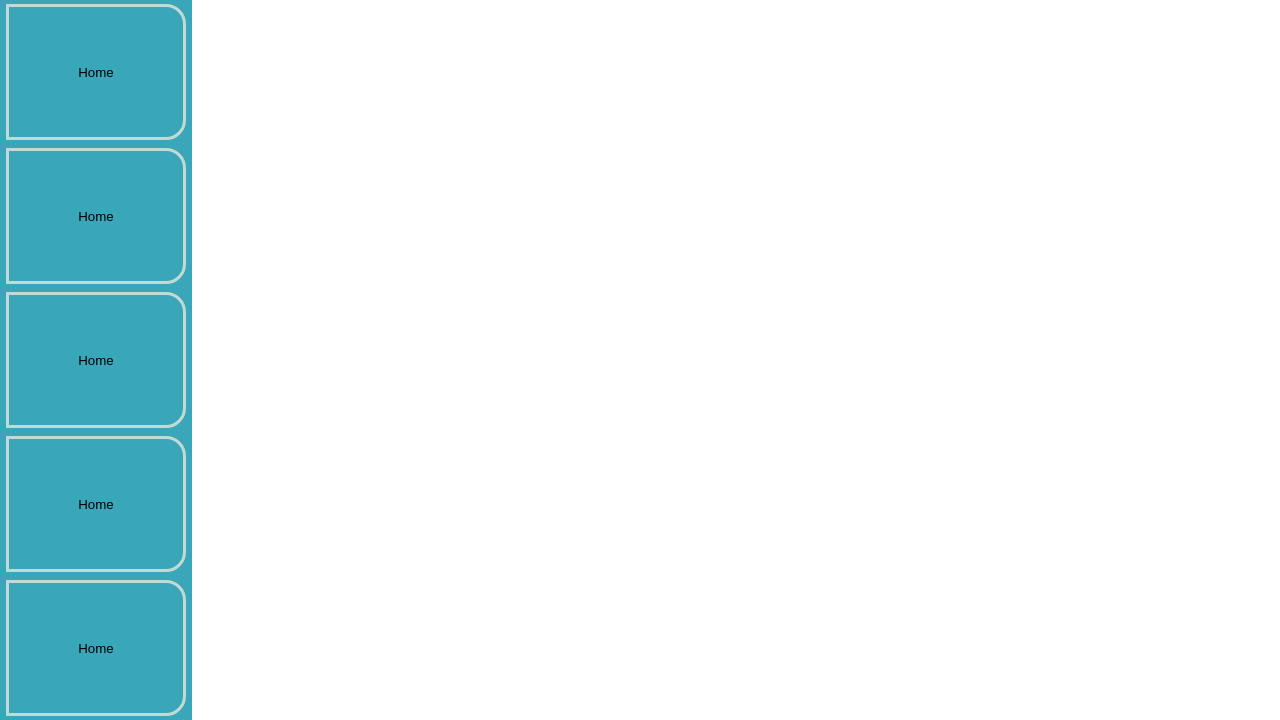
Repository: Tahaa2t/Researchers
Page: /
These files come from the project's save history. The page is drawn as it stood at one moment and after the next save; the edit follows.
The browser window is 1280 px wide. The pictures show the whole page.
The project was rebuilt for these pictures with package versions that can differ from the ones it lists, and the page was loaded fresh each time. Also part of the build but not shown: src/Components/loginform.js, src/Components/HomePage.js.

Above is the page before, as saved 2023-07-05 22:24:27.

### src/App.js
import { BrowserRouter, Routes, Route } from "react-router-dom";
import "./App.css"
import LoginForm from "./Components/loginform"
import HomePage from "./Components/HomePage";
import Navbar from "./Components/Navbar";

// color pallet
// #3aa6b9
// #D0E8E1
// #348472


function App() {



  return (
    <div className="App">

      {/* <LoginForm /> */}
      <Navbar />
      {/* <BrowserRouter>
        <Routes>
          <Route path="/" Component={<LoginForm />} />
          <Route path="/home" Component={<HomePage />} />
        </Routes>
      </BrowserRouter> */}
    </div>
  );
}

export default App;

### src/Components/Navbar.js
import React, { useState } from "react";
import { useNavigate } from 'react-router-dom';
import axios from 'axios';
import "./css/navbarstyle.scss";

const Navbar = () => {
  return (
    <div className="navbar-boundry">
      <nav className="nav-setting">
        <button className="btn home-btn" href="/#">
          Home
        </button>
        <button className="btn home-btn" href="/#">
          Home
        </button>
        <button className="btn home-btn" href="/#">
          Home
        </button>
        <button className="btn home-btn" href="/#">
          Home
        </button>
        <button className="btn home-btn" href="/#">
          Home
        </button>


      </nav>





    </div>
  )
}

export default Navbar

### src/Components/css/loginstyle.css
@import url('https://fonts.googleapis.com/css?family=Josefin+Sans');


/* notes

---centering something---
display: flex;
  justify-content: center;
  align-items: center;



--- neechay ya uper se qareeb krna ho tou---
.check-btn {
  position: relative;
  bottom: 3em;
}
*/


* {
  margin: 0;
  box-sizing: border-box;
}

.page {
  background-color: #3aa6b9;
  height: 100vh;
  width: 100%;
  display: flex;
  justify-content: space-around;
  align-items: center;
  font-family: 'Josefin Sans', cursive;
}

.cover {
  background-image: linear-gradient(#D0E8E1, rgba(178, 209, 233, 0));
  width: 50%;
  min-width: 240px;
  max-width: 800px;
  height: 620px;
  position: fixed;
  border-radius: 0.5em;
  display: flex;
  flex: 1 1 200;
  flex-direction: column;
  align-items: center;
  justify-content: space-evenly;
  flex-wrap: wrap;
}

h1 {
  color: rgb(3, 45, 77);
  display: flex;
  flex-wrap: wrap;
}

.user-input {

  display: flex;
  /* flex-direction: column; */
  justify-content: space-evenly;
  width: 80%;
  height: 10%;
  flex-wrap: wrap;
  /* background-color: green; */
}
input[type=text]{
  background-color: rgba(0,0,0,0);
  border-color: #348472;
  border-radius: 8px 8px 8px 8px;
  border-width: 10%;
  border-style: solid;
  display: flex;
  justify-content: space-evenly;
  margin: 8px;
  /* outline-color: rgb(6, 106, 183); */
  height: 44px;
  width: 240px;
  /* bottom: -1.5em; */
}


input[type=password]{
  background-color: rgba(0,0,0,0);
  border-color: #348472;
  border-radius: 8px 8px 8px 8px;
  border-width: 10%;
  border-style: solid;
  display: flex;
  justify-content: space-evenly;
  margin: 8px;
  /* outline-color: rgb(6, 106, 183); */
  height: 44px;
  width: 240px;
  /* position: relative;
  top: -1.5em; */
}

input:focus {
  background-color: #348472;
  opacity: 50%;
}

.line{
  text-decoration: underline;
  color: black;
}

.login-btn {
  appearance: none;
  background-color: rgba(0,0,0,0);
  border-width: 0;
  box-sizing: border-box;
  color: black;
  cursor: pointer;
  display: inline-block;
  font-family: Clarkson,Helvetica,sans-serif;
  font-size: 14px;
  font-weight: 500;
  letter-spacing: 0;
  line-height: 1em;
  margin: 0;
  opacity: 1;
  outline: 0;
  padding: 1.5em 2.2em;
  position: relative;
  text-align: center;
  text-decoration: none;
  text-rendering: geometricprecision;
  text-transform: uppercase;
  transition: opacity 300ms cubic-bezier(.694, 0, 0.335, 1),background-color 100ms cubic-bezier(.694, 0, 0.335, 1),color 100ms cubic-bezier(.694, 0, 0.335, 1);
  user-select: none;
  -webkit-user-select: none;
  touch-action: manipulation;
  vertical-align: baseline;
  white-space: nowrap;
  display: flex;
  justify-content: center;
  align-items: center;
}

.login-btn:before {
  animation: opacityFallbackOut .5s step-end forwards;
  backface-visibility: hidden;
  background-color: #348472;
  opacity: 50%;
  clip-path: polygon(-1% 0, 0 0, -25% 100%, -1% 100%);
  content: "";
  height: 100%;
  left: 0;
  position: absolute;
  top: 0;
  transform: translateZ(0);
  transition: clip-path .5s cubic-bezier(.165, 0.84, 0.44, 1), -webkit-clip-path .5s cubic-bezier(.165, 0.84, 0.44, 1);
  width: 100%;
}

.login-btn:hover:before {
  animation: opacityFallbackIn 0s step-start forwards;
  clip-path: polygon(0 0, 101% 0, 101% 101%, 0 101%);
}

.login-btn:after {
  background-color: #FFFFFF;
}

.login-btn span {
  z-index: 1;
  position: relative;
}


.check-btn input {
  display:inline-block;
  margin-right:10px;
}
.check-btn p {
  display:inline-block;
}



/* use state */
.hide {
  display: none;
}

.login-popup {
  position: absolute;
  width: 40em;
  height: 35em;
  display: flex;
  flex-direction: column;
  align-items: center;
  justify-content: center;
  border-radius: 0.25em;
  outline-color: rgb(3, 58, 101);
  background-color: rgba(0,0,0,0);
  backdrop-filter: blur(5px);
  /* color: rgb(3, 58, 101); */
  bottom: 0;
  transform: scale(1);
  transform: 1.5s;
}

### src/Components/css/navbarstyle.scss

$Background-color: #3AA6B9;
$Button-border-color: #c1dad4;

// $hover-color:

* {
  margin: 0;
  box-sizing: border-box;
}

nav {
  width: 15%;
  height: 100%;
  background-color: $Background-color;
  display: flex;
  justify-content: center;
  align-items: center;
  flex-direction: column;
  position: fixed;
}
.btn {
  background-color: transparent;
  width: 94%;
  text-align: center;
  border-radius: 0px 20px 20px 0px;
  border: 3px solid $Button-border-color;
  margin: 4px;
  display: flex;
  flex: 1;
  justify-content: center;
  align-items: center;
  transition: 0.5s;
}

.btn:hover {
  box-shadow: inset 17em 0 0 0 pink;
  transition: 0.5s;
}

Loaded but not shown: public/index.html (common file); src/index.js (common file); src/reportWebVitals.js (common file); src/App.css (common file)

After the next save:
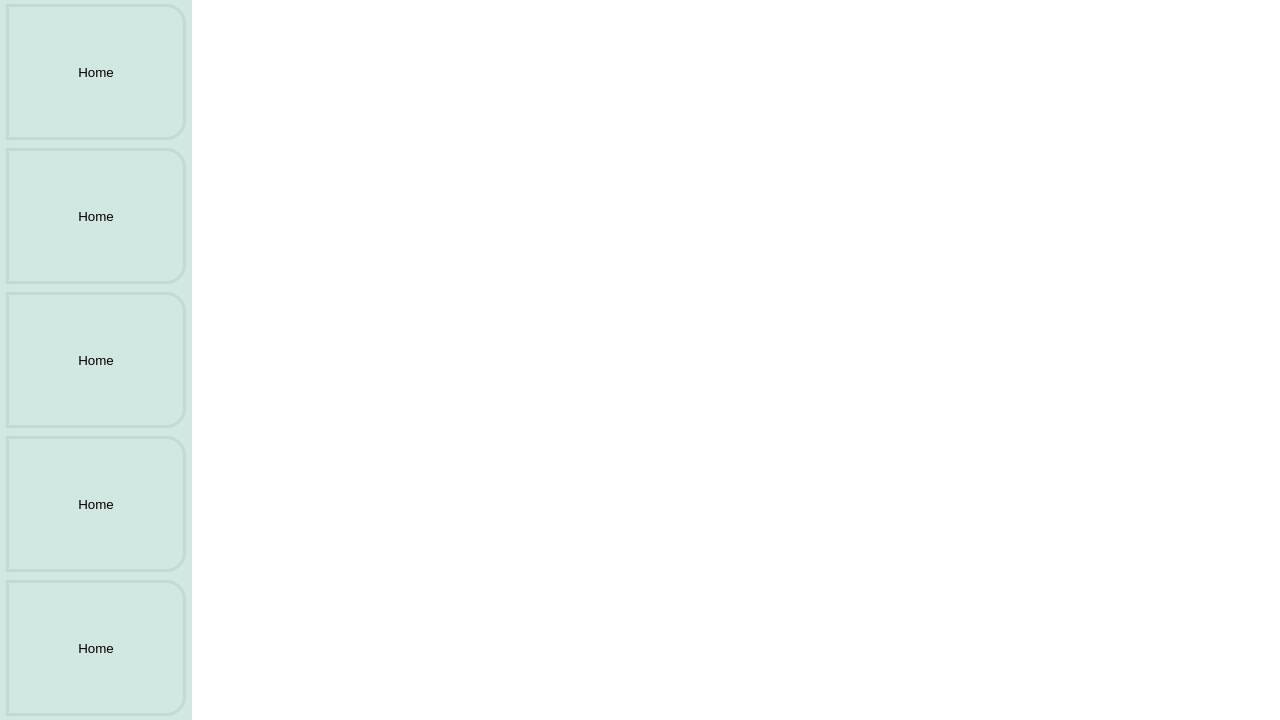
Saved 18 s later.
--- a/src/Components/css/navbarstyle.scss
+++ b/src/Components/css/navbarstyle.scss
@@ -1,5 +1,5 @@
 
-$Background-color: #3AA6B9;
+$Background-color: #D0E8E1;
 $Button-border-color: #c1dad4;
 
 // $hover-color:
